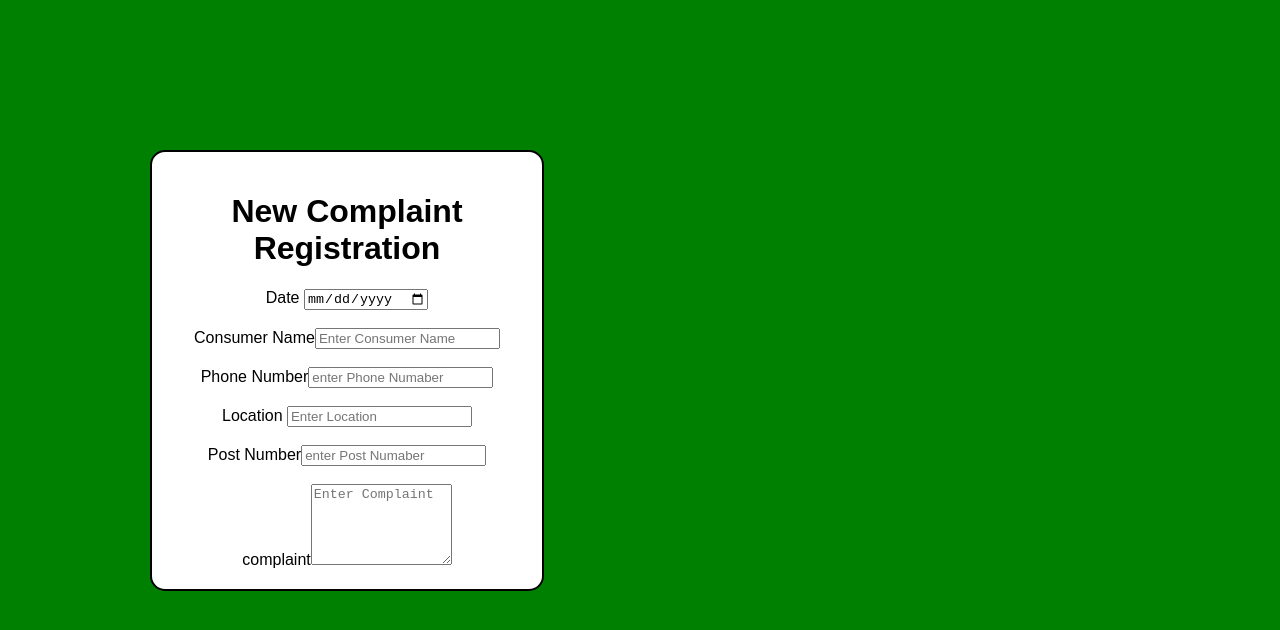
Repository: Jobinte/KSEB-PROJECT
Page: KSEB-complaint-management/WebContent/complaintRegistration.html
An editor plug-in stored every save of this project. The page is shown before and after the next save, followed by the edit.
The browser window is 1280 px wide. The pictures show the whole page.

Above is the page before, as saved 2023-11-22 07:48:19.

After the next save:
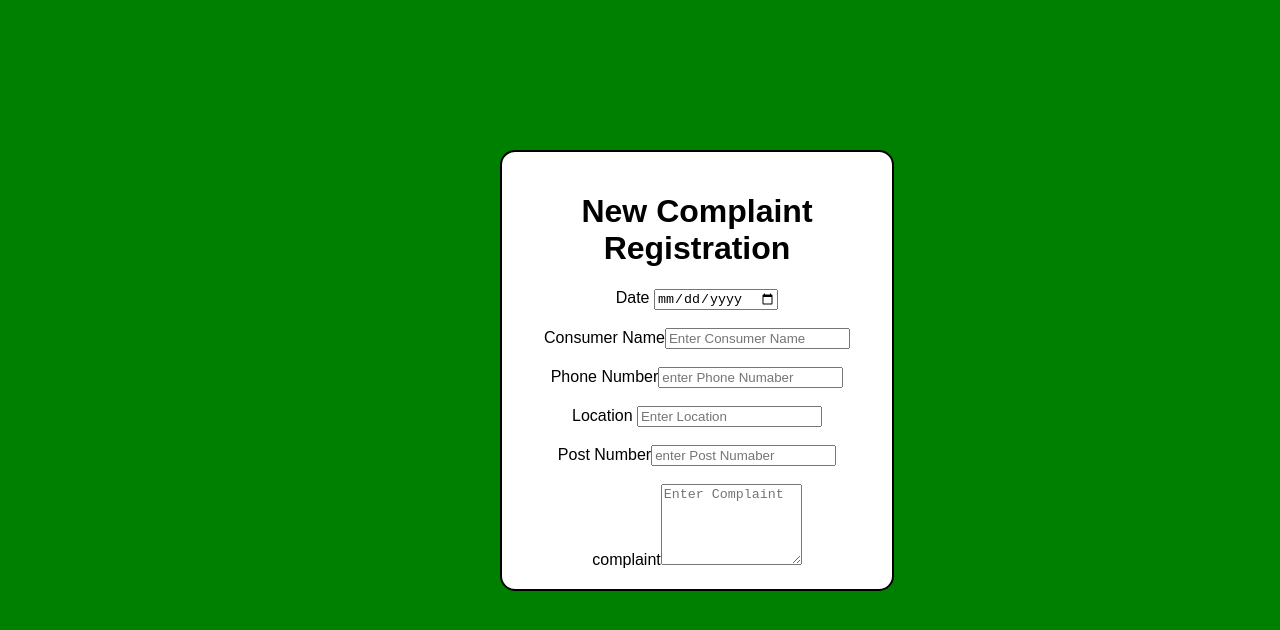
Saved 11 s later.
--- a/KSEB-complaint-management/WebContent/css/complaitReg.css
+++ b/KSEB-complaint-management/WebContent/css/complaitReg.css
@@ -16,7 +16,7 @@ body{
 
 	padding:20px;
 	margin-top:150px;
-	margin-left:150px;
+	margin-left:500px;
 	border-radius:15px;
 	 border : 2px solid;
 
